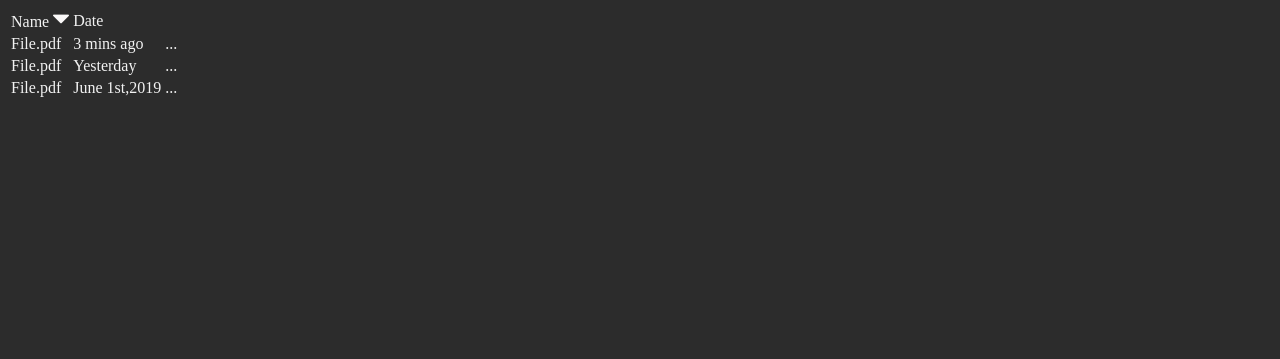
Repository: batonAnton/Hw5-table
Page: index.html
An editor plug-in stored every save of this project. The page is shown before and after the next save, followed by the edit.
The browser window is 1280 px wide. The pictures show the whole page.

Above is the page before, as saved 2022-06-11 14:29:34.

After the next save:
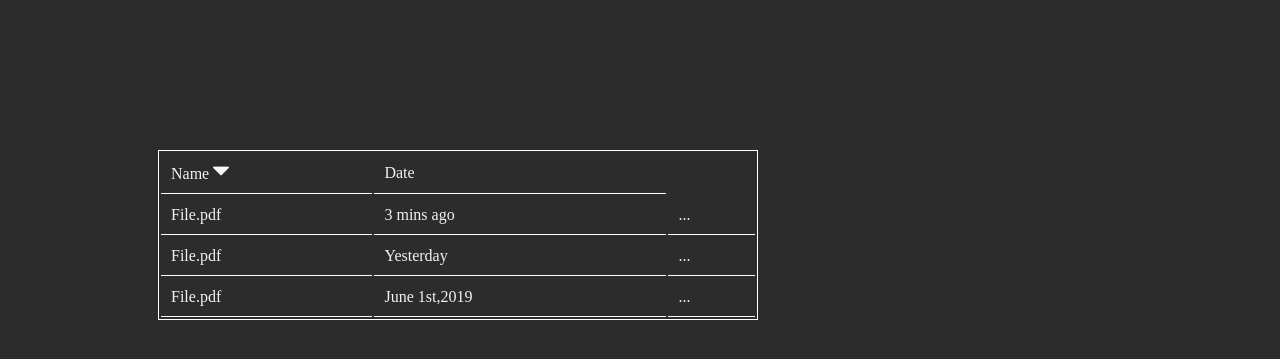
Saved 90 min 37 s later.
--- a/css/style.css
+++ b/css/style.css
@@ -2,3 +2,14 @@
   background-color: rgb(44, 44, 44);
   color: rgb(242, 242, 242);
 }
+
+table{
+    border: 1px solid #fff;
+    margin: 150px;
+    width: 600px;
+}
+
+td{
+    border-bottom: 1px solid #fff;
+    padding: 10px;
+}
